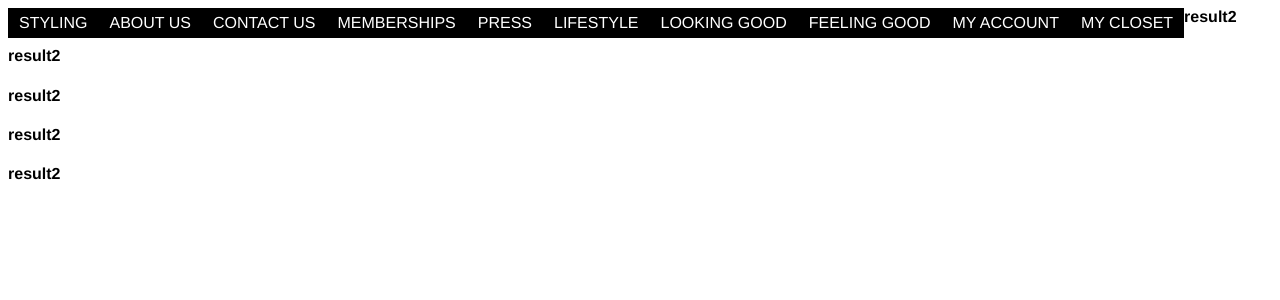
Repository: kesquili/kesquili.github.io
Page: fitin/closet.html
The author's editor kept a record of every edit. The page is drawn from the files as they stood at one moment, then again after the next edit.
The browser window is 1280 px wide. The pictures show the whole page.

Above is the page before.

### fitin/closet.html
<html>
  <head>
  <title>Fitin: A Men's Styling Brand</title>
  <link rel="stylesheet" href="styles.css">
  </head>
<body>
    <nav>
        <ul>
          <li><a href"#">STYLING</a></li>
          <li><a href"#">ABOUT US</a></li>
              <ul>
                  <li><a href"#">CONTACT US</a></li>
                  <li><a href"#">MEMBERSHIPS</a></li>
                  <li><a href"#">PRESS</a></li>
              </ul>
          <li><a href"#">LIFESTYLE</a></li>
             <ul>
                 <li><a href"#">LOOKING GOOD</a></li>
                 <li><a href"#">FEELING GOOD</a></li>
             </ul>
          <li><a href"#">MY ACCOUNT</a></li>
              <ul>
                  <li><a href"#">MY CLOSET</a></li>
              </ul>
        </ul>
    </nav>
     <div class="closet">
         <h4>result2</h4>
         <h4>result2</h4>
         <h4>result2</h4>
         <h4>result2</h4>
         <h4>result2</h4>
     </div>
</body>

### fitin/styles.css
body {
font: 14px;
font-family: Helvetica, sans-serif;
}

.results h4{
    border: 5px;
    border-color: black;
    border-style: solid;
    margin:30px;
    width: 200px;
    height: 300px;
    float: left;
}

.breakdown h4{
    border: 5px;
    border-color: black;
    border-style: solid;
    margin:30px;
    width: 100px;
    height: 200px;
    float: left;
    position: relative;
}

.sideimage {
    border: 10px solid black;
    width: 300px;
    height: 450px;
    float: left;
    margin-right: 12px;
}
.signup{
    margin-left: 20px;
    float: left;

}
.sell{
    max-width: 500px;
    display: inline;
    position: relative;
}
h6{
    font-size: 12px;
    font-family: Helvetica, sans-serif;
    padding: 0;
    display: inline;
    text-align: right;
}
nav{
    text-align: center;
    position: relative;
}
ul {
    list-style: none;
    padding: 0px;
    margin: 0px;
}

ul li {
    display: block;
    position: relative;
    float: left;
    border: 1px solid #000
}

li ul {
    display: none;
}

ul li a {
    display: block;
    background: #000;
    padding: 5px 10px 5px 10px;
    text-decoration: none;
    white-space: nowrap;color: #fff;
}

ul li a:hover {
    background: gray;
}

li:hover ul {
    display: block;
    position: absolute;
}

li:hover li {
    float: none;
}

li:hover a {
    background: gray;
}

li:hover li a:hover {
    background: #000;
}

nav li ul li {
      border-top: 0px;
  }

After the next edit:
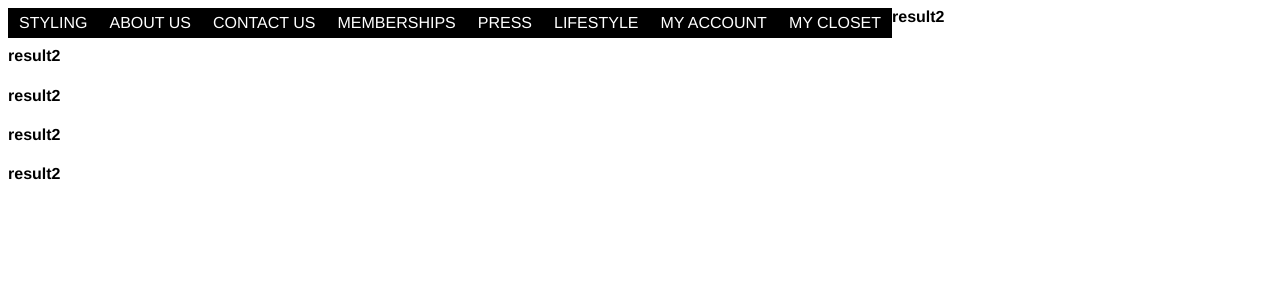
The edit:
--- a/fitin/closet.html
+++ b/fitin/closet.html
@@ -13,7 +13,7 @@
                   <li><a href"#">MEMBERSHIPS</a></li>
                   <li><a href"#">PRESS</a></li>
               </ul>
-          <li><a href"#">LIFESTYLE</a></li>
+          <li><a href"#">LIFESTYLE</a>
              <ul>
                  <li><a href"#">LOOKING GOOD</a></li>
                  <li><a href"#">FEELING GOOD</a></li>
